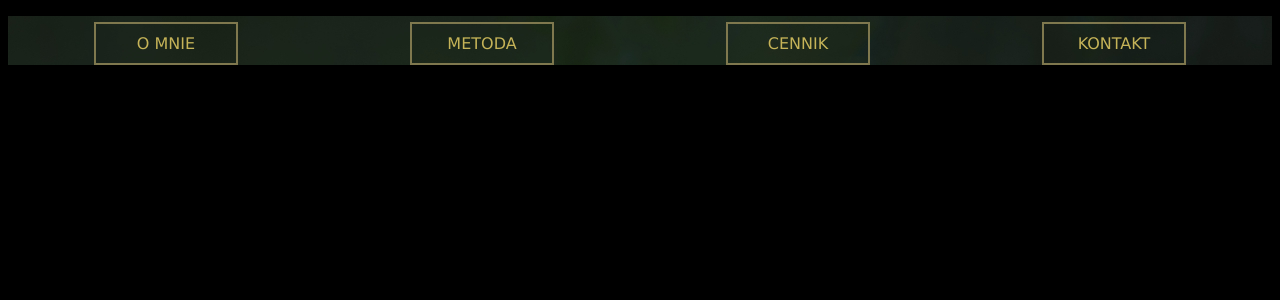
Repository: LechCieslak/Anna_Cieslak_v2.1
Page: index.html
These files come from the project's save history. The page is drawn as it stood at one moment and after the next save; the edit follows.
The browser window is 1280 px wide. The pictures show the whole page.

Above is the page before, as saved 2020-08-27 23:34:32.

### index.html
<!DOCTYPE html>
<html lang="pl">
<head>
    <meta charset="UTF-8">
    <meta name="viewport" content="width=device-width, initial-scale=1.0">
    <link rel="stylesheet" href="style.css">
    <title>Przyjazne miejsce</title>
</head>
<body>

    <main>

            <div class="menu">
                <ul>
                    <li class="li1">O MNIE</li>
                    <li class="li2">METODA</li>
                    <li class="li3">CENNIK</li>
                    <li class="li4">KONTAKT</li>
                </ul>
            </div>

            <div class="oMnie shape">
                <h1>O MNIE</h1>
                <p>Lorem, ipsum dolor sit amet consectetur adipisicing elit. Tenetur illum, dolores ipsum earum qui eligendi quaerat itaque debitis quo cumque repudiandae fugit quisquam nisi quas sunt voluptatem alias enim vero porro reprehenderit. Quisquam possimus labore voluptate facere voluptatum mollitia eveniet dicta quis vitae ullam quae saepe veniam quos ut, dolor, fuga repellat, veritatis quam modi odio placeat! Vero, reprehenderit repellendus? Delectus sit voluptate minus quam ratione numquam ipsum nemo commodi rem nesciunt consequatur, sunt cumque, repellat aliquam excepturi dolores aut suscipit minima nisi veritatis itaque ad explicabo perspiciatis voluptatibus! Cumque id adipisci officiis facere, tenetur quod provident. Eveniet, exercitationem necessitatibus.</p>
            </div>

            <div class="metoda shape">
                <h1>METODA</h1>
                <p>Lorem, ipsum dolor sit amet consectetur adipisicing elit. Tenetur illum, dolores ipsum earum qui eligendi quaerat itaque debitis quo cumque repudiandae fugit quisquam nisi quas sunt voluptatem alias enim vero porro reprehenderit. Quisquam possimus labore voluptate facere voluptatum mollitia eveniet dicta quis vitae ullam quae saepe veniam quos ut, dolor, fuga repellat, veritatis quam modi odio placeat! Vero, reprehenderit repellendus? Delectus sit voluptate minus quam ratione numquam ipsum nemo commodi rem nesciunt consequatur, sunt cumque, repellat aliquam excepturi dolores aut suscipit minima nisi veritatis itaque ad explicabo perspiciatis voluptatibus! Cumque id adipisci officiis facere, tenetur quod provident. Eveniet, exercitationem necessitatibus.</p>
            </div>

            <div class="cennik shape">
                <h1>CENNIK</h1>
                <p>Lorem, ipsum dolor sit amet consectetur adipisicing elit. Tenetur illum, dolores ipsum earum qui eligendi quaerat itaque debitis quo cumque repudiandae fugit quisquam nisi quas sunt voluptatem alias enim vero porro reprehenderit. Quisquam possimus labore voluptate facere voluptatum mollitia eveniet dicta quis vitae ullam quae saepe veniam quos ut, dolor, fuga repellat, veritatis quam modi odio placeat! Vero, reprehenderit repellendus? Delectus sit voluptate minus quam ratione numquam ipsum nemo commodi rem nesciunt consequatur, sunt cumque, repellat aliquam excepturi dolores aut suscipit minima nisi veritatis itaque ad explicabo perspiciatis voluptatibus! Cumque id adipisci officiis facere, tenetur quod provident. Eveniet, exercitationem necessitatibus.</p>
            </div>

            <div class="kontakt shape">
                <h1>KONTAKT</h1>
                <p>Lorem, ipsum dolor sit amet consectetur adipisicing elit. Tenetur illum, dolores ipsum earum qui eligendi quaerat itaque debitis quo cumque repudiandae fugit quisquam nisi quas sunt voluptatem alias enim vero porro reprehenderit. Quisquam possimus labore voluptate facere voluptatum mollitia eveniet dicta quis vitae ullam quae saepe veniam quos ut, dolor, fuga repellat, veritatis quam modi odio placeat! Vero, reprehenderit repellendus? Delectus sit voluptate minus quam ratione numquam ipsum nemo commodi rem nesciunt consequatur, sunt cumque, repellat aliquam excepturi dolores aut suscipit minima nisi veritatis itaque ad explicabo perspiciatis voluptatibus! Cumque id adipisci officiis facere, tenetur quod provident. Eveniet, exercitationem necessitatibus.</p>
            </div>
    </main>


    <script src="app.js"></script>
</body>
</html>

### style.css
* {
    font-family: verdana;
    padding: 0px;
}

body {
    --tlo: #4C6464;
    --text: #C5B358;
    --ramka: #7F784E;
    /* background-image: url("images/background-poz.jpg"); */
    /* background-position: center; */
    background-color: black;
    color: var(--text);
    /* animation: backgroundEffect 3s forwards; */
}

.bodyCover {
    /* background-color: red; */
}

main {
    position: relative;
    animation: backgroundEffect 3s forwards;
}

ul {
    display: flex;
    justify-content: space-around;
}

.menu li {
    margin-top: 6px;
    padding: 10px;
    display: inline-block;
    border: solid 2px var(--ramka);
    list-style-type: none;
    width: 120px;
    cursor: pointer;
    text-align:center;
}

.shape {
    border: solid 3px var(--ramka);
    /* width: 70%; */
    opacity: 0;
    padding: 10px;
    position: absolute;
}

.nowa {
    opacity: 1;
}

@keyframes backgroundEffect {
    50% {
        background-color: var(--tlo);
    }
    100% {
        background-image: url("images/background-poz.jpg");

    }
}

/* style css - duże ekrany
@media (min-width: 1100px) {
    body {
        font-size: 30px;
    }
} */

@media (max-width: 600px) {
    body {
        /* style css - tel. pionowo */
        background-image: url("images/background-pion.jpg");
        font-size: 10px;
    }

    .menu li {
        width: 50px;
        height: 8px;
        padding-top: 6px;
    }
}

@media (max-width: 320px) {
    ul {
        width: 55px;
        display: block;
    }
}

### app.js
let a = document.querySelector('.li1');
let b = document.querySelector('.oMnie');
let c = document.querySelector('.li2');
let d = document.querySelector('.metoda');
let e = document.querySelector('.li3');
let f = document.querySelector('.cennik');
let g = document.querySelector('.li4');
let h = document.querySelector('.kontakt');

a.addEventListener('click', e => {
  b.classList.toggle("nowa");
  d.classList.remove("nowa");
  f.classList.remove("nowa");
  h.classList.remove("nowa");
});


c.addEventListener('click', e => {
  d.classList.toggle("nowa");
  b.classList.remove("nowa");
  f.classList.remove("nowa");
  h.classList.remove("nowa");
});

e.addEventListener('click', e => {
  f.classList.toggle("nowa");
  b.classList.remove("nowa");
  d.classList.remove("nowa");
  h.classList.remove("nowa");
});


g.addEventListener('click', e => {
  h.classList.toggle("nowa");
  b.classList.remove("nowa");
  d.classList.remove("nowa");
  f.classList.remove("nowa");
});

After the next save:
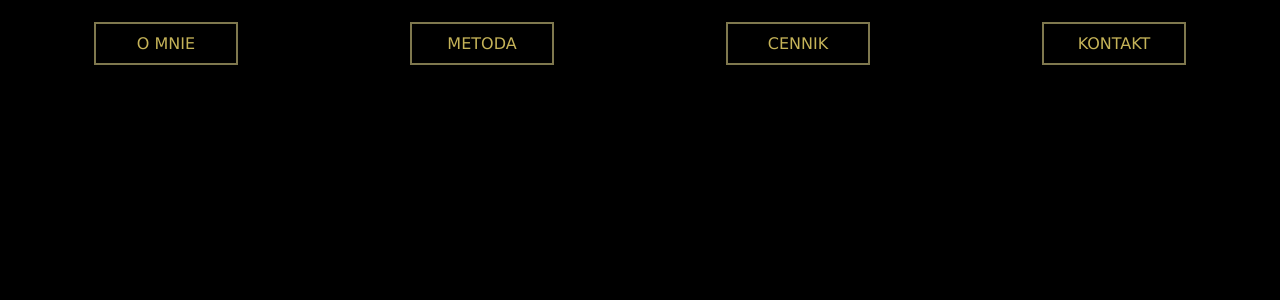
Saved 7 s later.
--- a/style.css
+++ b/style.css
@@ -20,7 +20,6 @@ body {
 
 main {
     position: relative;
-    animation: backgroundEffect 3s forwards;
 }
 
 ul {
